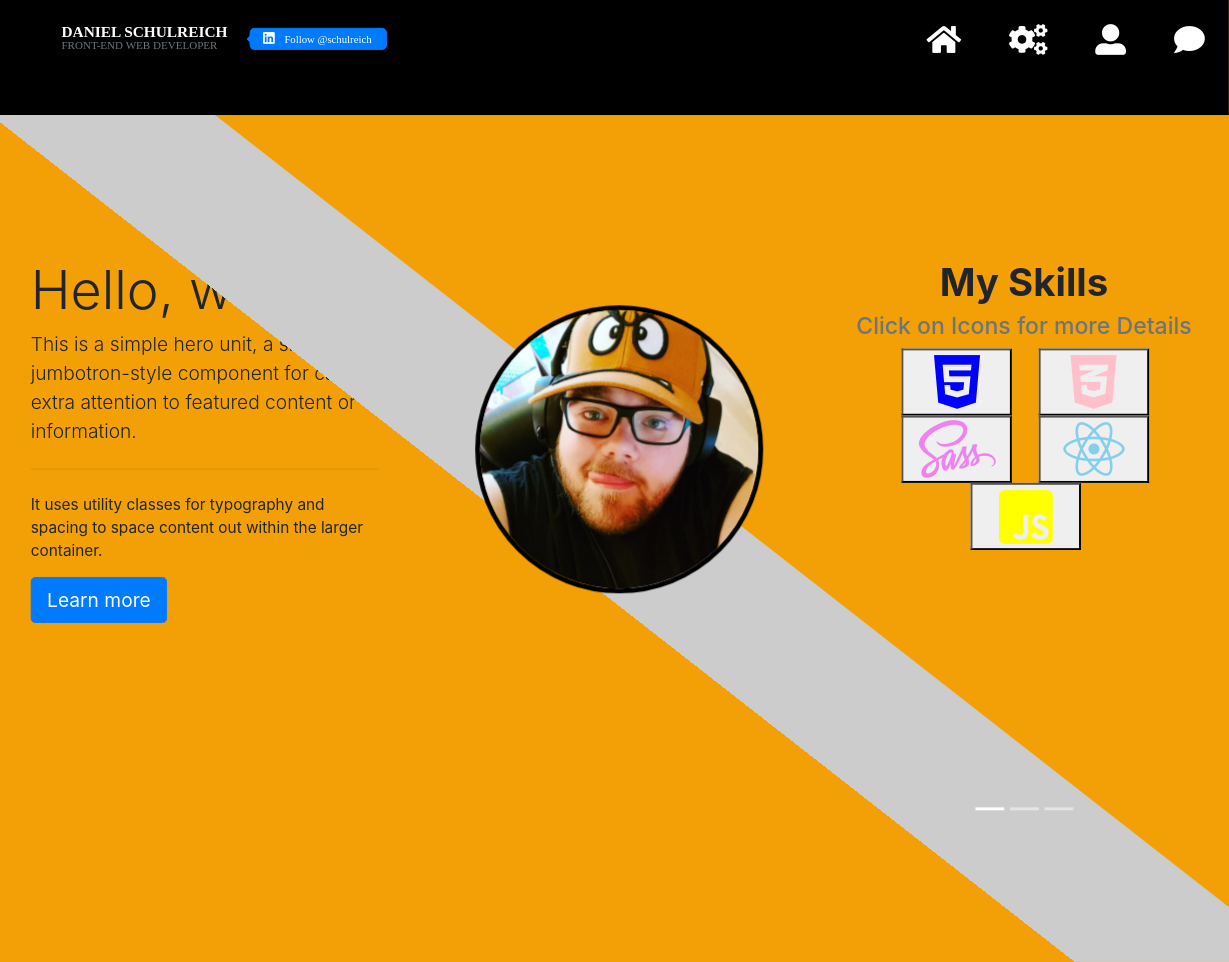
Repository: schulreich/my_portfolio
Page: portfolio.html
The author's editor kept a copy of each file at every save. The page is drawn from the files as they stood at one save, then again after the next save.
The browser window is 1280 px wide. The pictures show the whole page, at 96% of full size.
Some web fonts or font styles are not loaded; a fallback is used. Some web libraries are served in a nearby version.

Above is the page before, as saved 2020-06-17 19:04:20.

After the next save:
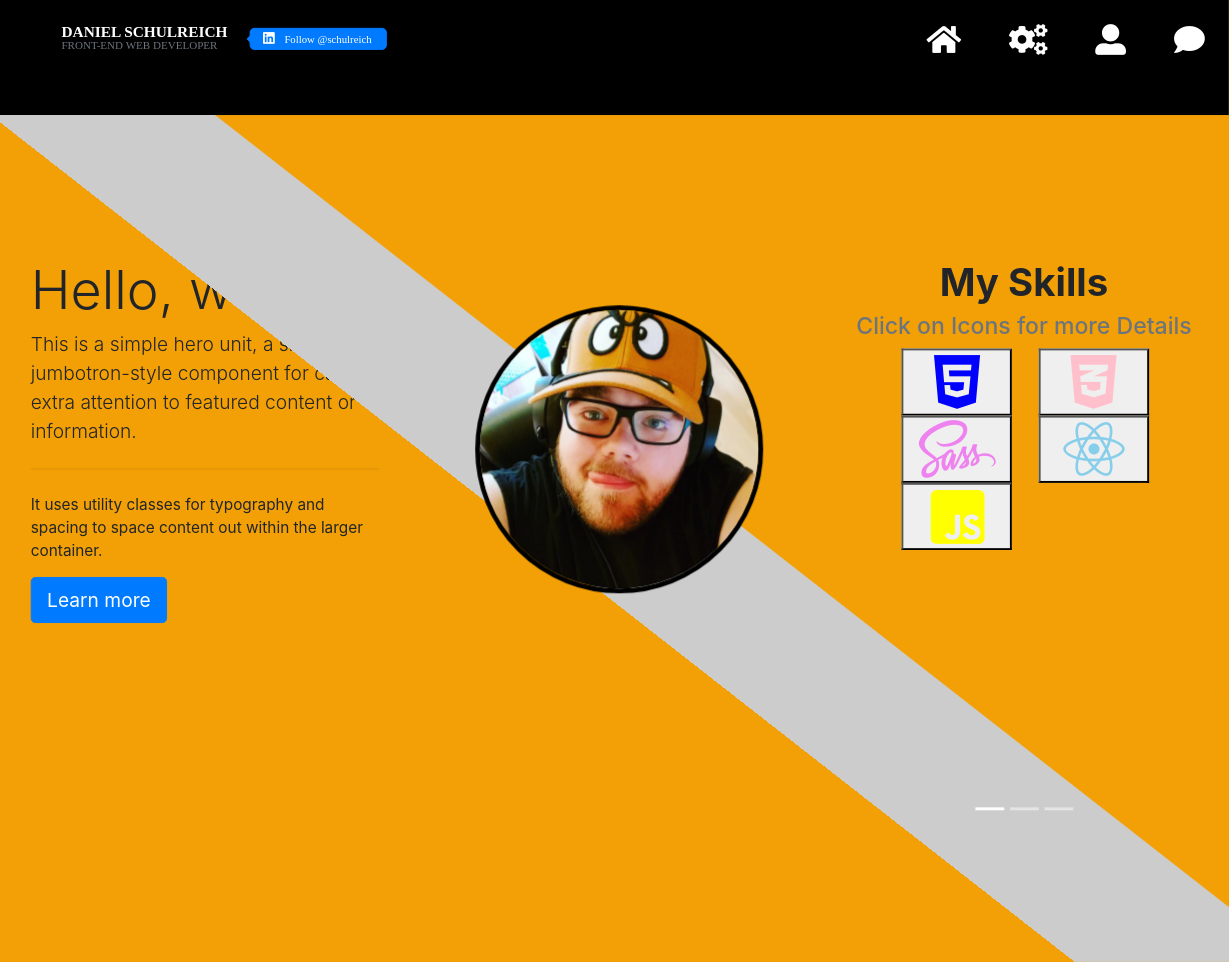
Saved 12 s later.
--- a/portfolio.html
+++ b/portfolio.html
@@ -194,6 +194,7 @@
                 </div>
                 <div class="row justify-content-center">
                   <div class="col-lg-4"><button class="skill-button"><i class="fab fa-js-square fa-4x"></i></button></div>
+                  <div class="col-lg-4"></div>
                 </div>
               </div>
             </aside>
